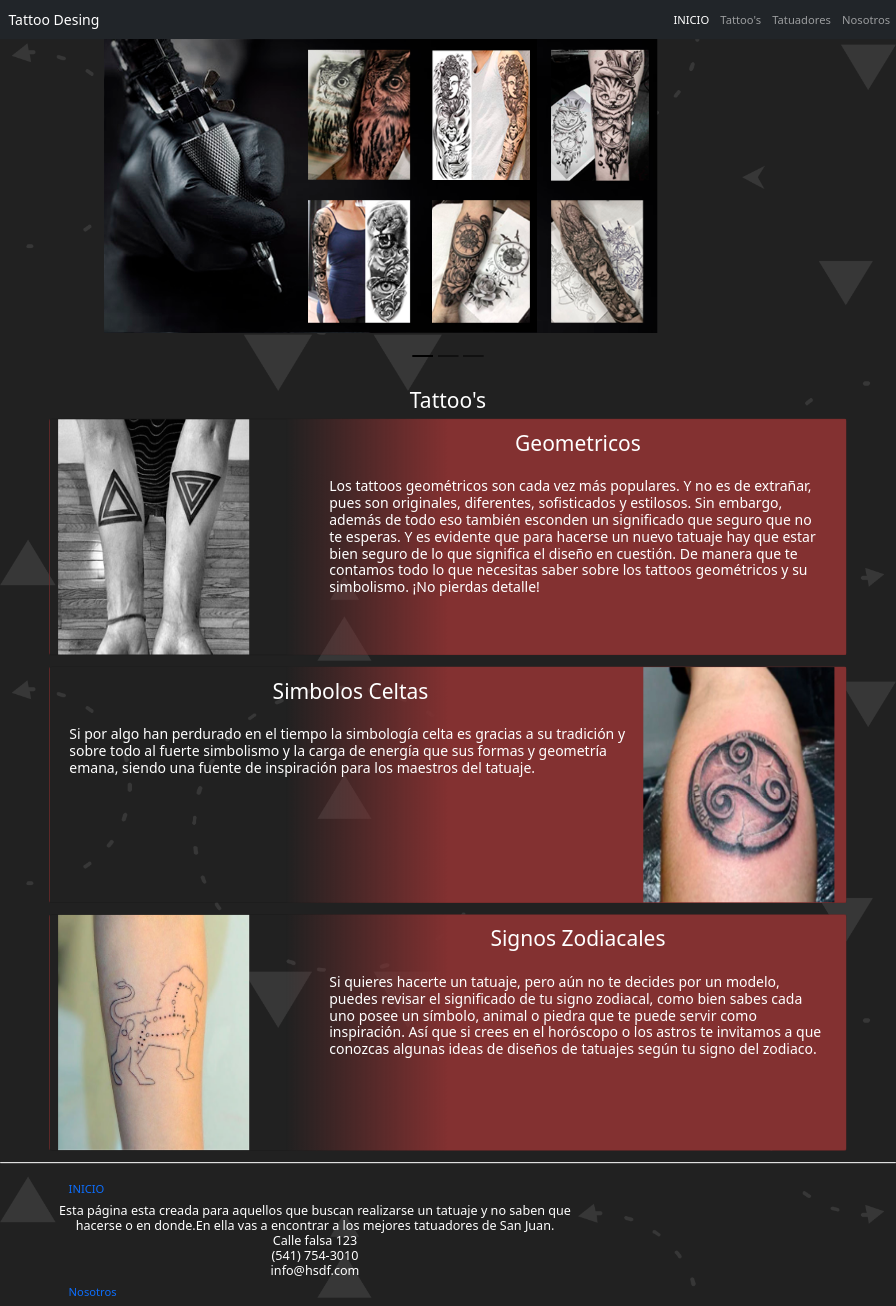
Repository: Vladimir-22/TatooDesign
Page: index.html
These files come from the project's save history. The page is drawn as it stood at one moment and after the next save; the edit follows.
The browser window is 1280 px wide. The pictures show the whole page, at 70% of full size.
Some web libraries are served in a nearby version.

Above is the page before, as saved 2021-05-19 21:37:53.

After the next save:
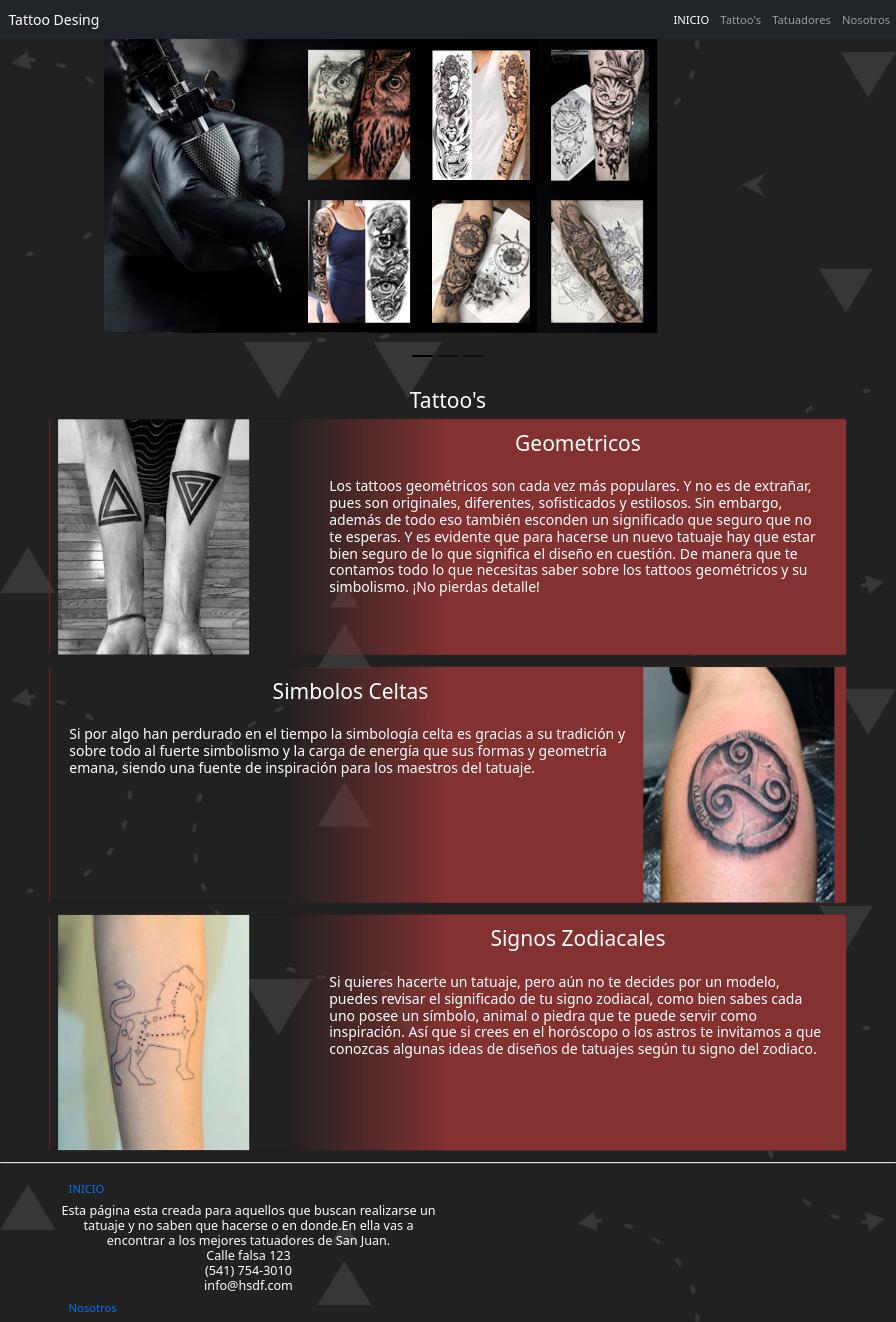
Saved 25 s later.
--- a/index.html
+++ b/index.html
@@ -275,7 +275,7 @@
           </div>
         </div>
         <div class="row">
-            <div class="col-md-8 align-self-center">
+            <div class="col-md-6 align-center">
                 <h3 id="descrip-gral" class="card-text">
                     Esta página esta creada para aquellos que buscan realizarse un
                     tatuaje y no saben que hacerse o en donde.En ella vas a
